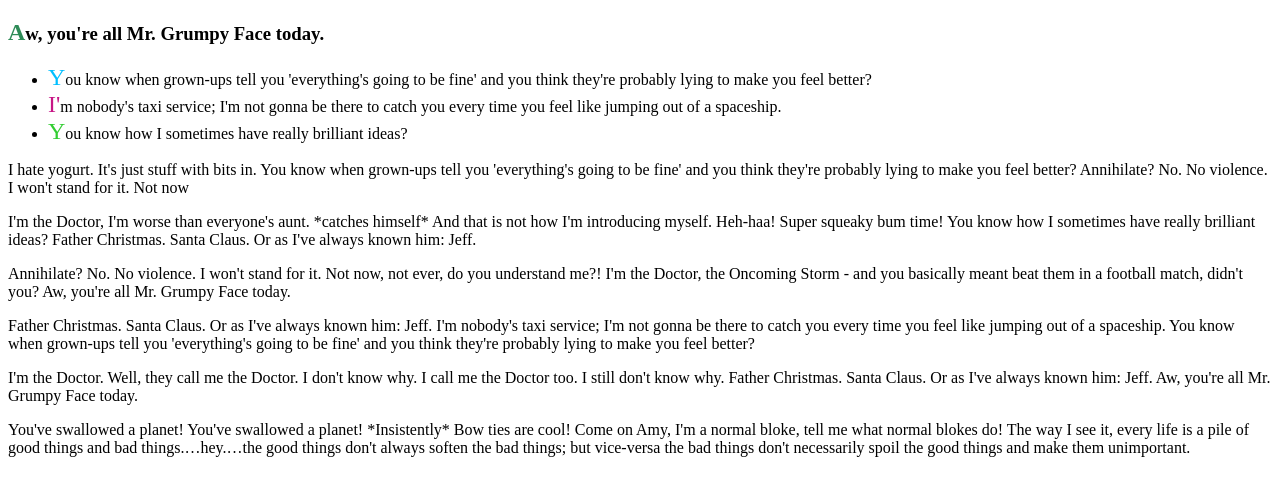
Repository: m0lt/modul_1
Page: 20250708_css_Class_ID/Aufgaben/02_Pseudo-Elements-Level-1_2/index.html
These files come from the project's save history. The page is drawn as it stood at one moment and after the next save; the edit follows.
The browser window is 1280 px wide. The pictures show the whole page.

Above is the page before, as saved 2025-07-07 14:17:17.

### 20250708_css_Class_ID/Aufgaben/02_Pseudo-Elements-Level-1_2/index.html
<!DOCTYPE html>
<html lang="en">
  <head>
    <meta charset="UTF-8" />
    <meta name="viewport" content="width=device-width, initial-scale=1.0" />
    <link rel="stylesheet" href="./assets/css/styles.css" />
    <title>Document</title>
  </head>
  <body>
    <h3>Aw, you're all Mr. Grumpy Face today.</h3>
    <ul>
      <li>
        You know when grown-ups tell you 'everything's going to be fine' and you think they're probably lying to make
        you feel better?
      </li>
      <li>
        I'm nobody's taxi service; I'm not gonna be there to catch you every time you feel like jumping out of a
        spaceship.
      </li>
      <li>You know how I sometimes have really brilliant ideas?</li>
    </ul>
    <section>
      <p>
        I hate yogurt. It's just stuff with bits in. You know when grown-ups tell you 'everything's going to be fine'
        and you think they're probably lying to make you feel better? Annihilate? No. No violence. I won't stand for it.
        Not now
      </p>
      <p>
        I'm the Doctor, I'm worse than everyone's aunt. *catches himself* And that is not how I'm introducing myself.
        Heh-haa! Super squeaky bum time! You know how I sometimes have really brilliant ideas? Father Christmas. Santa
        Claus. Or as I've always known him: Jeff.
      </p>
      <p>
        Annihilate? No. No violence. I won't stand for it. Not now, not ever, do you understand me?! I'm the Doctor, the
        Oncoming Storm - and you basically meant beat them in a football match, didn't you? Aw, you're all Mr. Grumpy
        Face today.
      </p>
      <p>
        Father Christmas. Santa Claus. Or as I've always known him: Jeff. I'm nobody's taxi service; I'm not gonna be
        there to catch you every time you feel like jumping out of a spaceship. You know when grown-ups tell you
        'everything's going to be fine' and you think they're probably lying to make you feel better?
      </p>
      <p>
        I'm the Doctor. Well, they call me the Doctor. I don't know why. I call me the Doctor too. I still don't know
        why. Father Christmas. Santa Claus. Or as I've always known him: Jeff. Aw, you're all Mr. Grumpy Face today.
      </p>
      <p>
        You've swallowed a planet! You've swallowed a planet! *Insistently* Bow ties are cool! Come on Amy, I'm a normal
        bloke, tell me what normal blokes do! The way I see it, every life is a pile of good things and bad
        things.…hey.…the good things don't always soften the bad things; but vice-versa the bad things don't necessarily
        spoil the good things and make them unimportant.
      </p>
    </section>
  </body>
</html>

### 20250708_css_Class_ID/Aufgaben/02_Pseudo-Elements-Level-1_2/assets/css/styles.css
/* #a020f0    #00ced1 #483d8b  */

h3::first-letter {
  color: #2e8b57;
  font-size: 24px;
}

li:nth-of-type(1)::first-letter {
  color: #00bfff;
  font-size: 24px;
}
/* li:nth-of-type(1)::first-letter::before {
  color: #00bfff;
  display: inline-block;
  content: "";
  border-top: 0.3rem solid black;
  width: 4rem;
  margin: 0 1rem;
  transform: translateY(-1rem);
} */
li:nth-of-type(1)::first-letter::before {
  content: "";
  position: absolute;
  display: block;
  /* top: 100%; */
  height: 10px;
  left: -30px;
  width: 500px;
  background: #000;
  /* left: 50%; */
  /* transform: translateX(-50%);
  -webkit-transform: translateX(-50%); */
}

li:nth-of-type(2)::first-letter {
  color: #c71585;
  font-size: 24px;
}
li:nth-of-type(3)::first-letter {
  color: #32cd32;
  font-size: 24px;
}

After the next save:
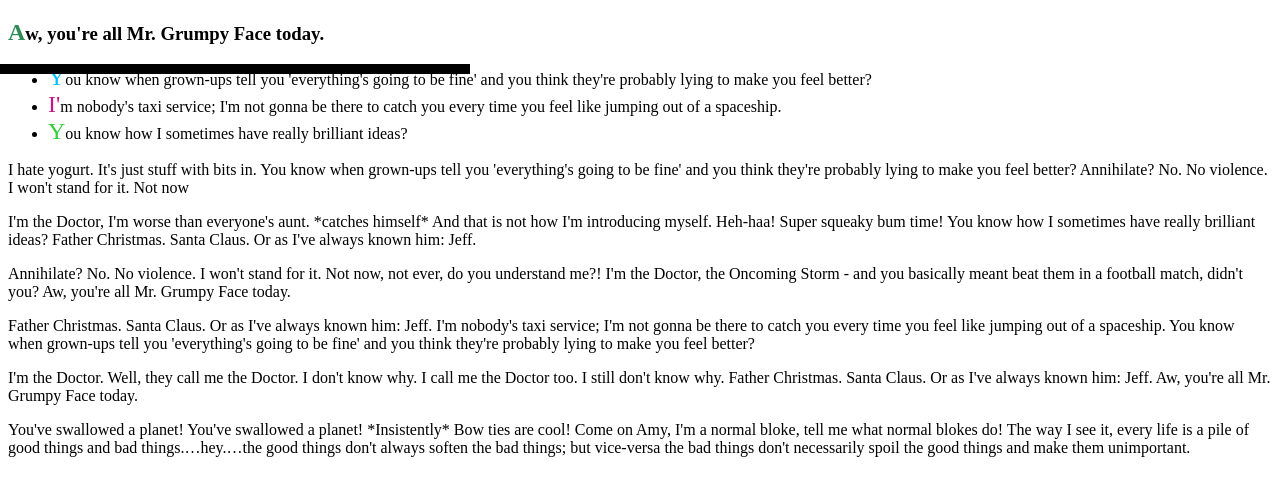
Saved 8 s later.
--- a/20250708_css_Class_ID/Aufgaben/02_Pseudo-Elements-Level-1_2/assets/css/styles.css
+++ b/20250708_css_Class_ID/Aufgaben/02_Pseudo-Elements-Level-1_2/assets/css/styles.css
@@ -18,7 +18,7 @@
   margin: 0 1rem;
   transform: translateY(-1rem);
 } */
-li:nth-of-type(1)::first-letter::before {
+li:nth-of-type(1)::before {
   content: "";
   position: absolute;
   display: block;

After the save that followed:
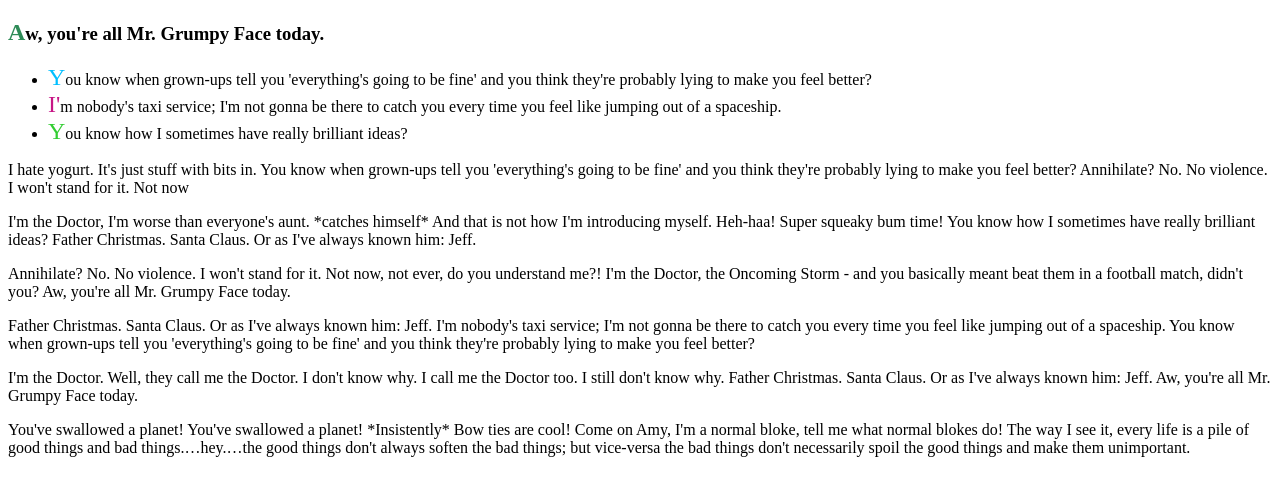
Saved 15 s later.
--- a/20250708_css_Class_ID/Aufgaben/02_Pseudo-Elements-Level-1_2/assets/css/styles.css
+++ b/20250708_css_Class_ID/Aufgaben/02_Pseudo-Elements-Level-1_2/assets/css/styles.css
@@ -18,7 +18,7 @@
   margin: 0 1rem;
   transform: translateY(-1rem);
 } */
-li:nth-of-type(1)::before {
+li:nth-of-type(1)::first-letter::before {
   content: "";
   position: absolute;
   display: block;
